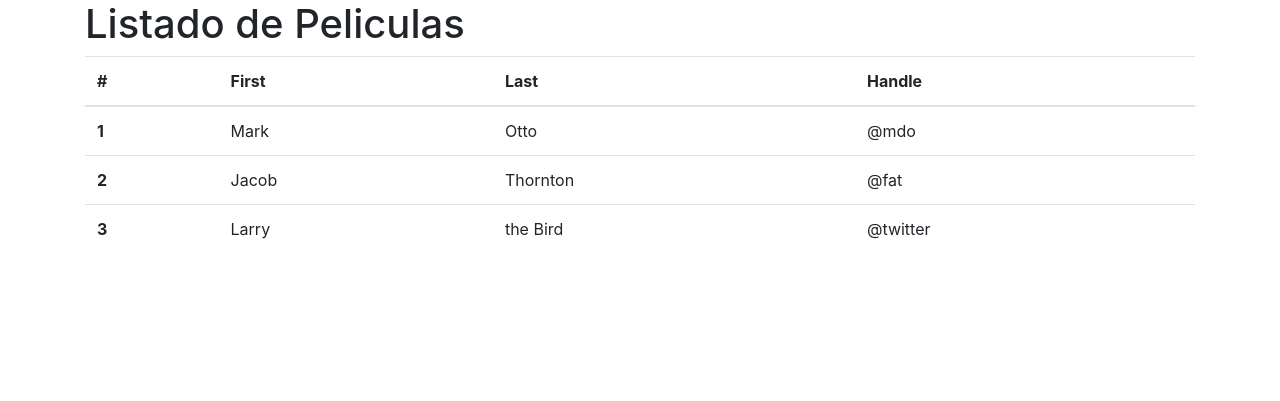
Repository: Adrianzzziny/DAWI_CL2_EscobarAdrian
Page: http://localhost/listado
An editor plug-in stored every save of this project. The page is shown before and after the next save, followed by the edit.
The browser window is 1280 px wide. The pictures show the whole page.
Some web libraries are served in a nearby version. The page is this project's Thymeleaf template; nobody is signed in. The template is opened directly, without the code that normally fills it, so the values that code supplies are empty.

Above is the page before, as saved 2022-05-26 07:40:57.

After the next save:
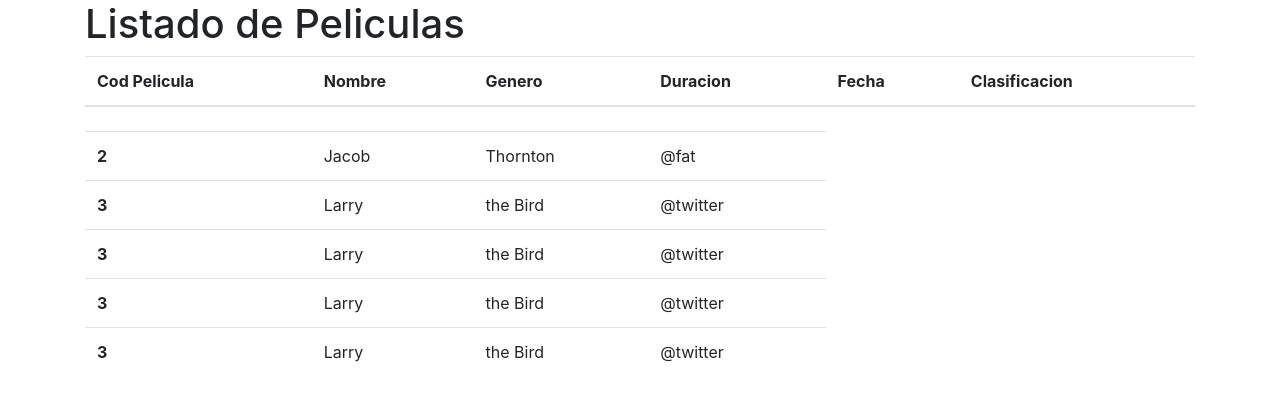
Saved 3 min 43 s later.
--- a/DAWI_CL2_EscobarRodriguezAdrian/src/main/resources/templates/listado.html
+++ b/DAWI_CL2_EscobarRodriguezAdrian/src/main/resources/templates/listado.html
@@ -3,50 +3,73 @@
 <head>
 <meta charset="UTF-8">
 <title>Peliculas | Listado</title>
-<link rel="stylesheet" href="https://cdn.jsdelivr.net/npm/bootstrap@4.0.0/dist/css/bootstrap.min.css">
+<link rel="stylesheet"
+	href="https://cdn.jsdelivr.net/npm/bootstrap@4.0.0/dist/css/bootstrap.min.css">
 
 </head>
 <body>
 	<div class="container">
 
-	<h1>Listado de Peliculas</h1>
+		<h1>Listado de Peliculas</h1>
 
-	<table class="table">
-  <thead>
-    <tr>
-      <th scope="col">#</th>
-      <th scope="col">First</th>
-      <th scope="col">Last</th>
-      <th scope="col">Handle</th>
-    </tr>
-  </thead>
-  <tbody>
-    <tr>
-      <th scope="row">1</th>
-      <td>Mark</td>
-      <td>Otto</td>
-      <td>@mdo</td>
-    </tr>
-    <tr>
-      <th scope="row">2</th>
-      <td>Jacob</td>
-      <td>Thornton</td>
-      <td>@fat</td>
-    </tr>
-    <tr>
-      <th scope="row">3</th>
-      <td>Larry</td>
-      <td>the Bird</td>
-      <td>@twitter</td>
-    </tr>
-  </tbody>
-</table>
+		<table class="table">
+			<thead>
+				<tr>
+					<th scope="col">Cod Pelicula</th>
+					<th scope="col">Nombre</th>
+					<th scope="col">Genero</th>
+					<th scope="col">Duracion</th>
+					<th scope="col">Fecha</th>
+					<th scope="col">Clasificacion</th>
+				</tr>
+			</thead>
+			<tbody>
+				<tr>
+					<th scope="row"></th>
+					<td></td>
+					<td></td>
+					<td></td>
+				</tr>
+				<tr>
+					<th scope="row">2</th>
+					<td>Jacob</td>
+					<td>Thornton</td>
+					<td>@fat</td>
+				</tr>
+				<tr>
+					<th scope="row">3</th>
+					<td>Larry</td>
+					<td>the Bird</td>
+					<td>@twitter</td>
+				</tr>
+				<tr>
+					<th scope="row">3</th>
+					<td>Larry</td>
+					<td>the Bird</td>
+					<td>@twitter</td>
+				</tr>
+				<tr>
+					<th scope="row">3</th>
+					<td>Larry</td>
+					<td>the Bird</td>
+					<td>@twitter</td>
+				</tr>
+				<tr>
+					<th scope="row">3</th>
+					<td>Larry</td>
+					<td>the Bird</td>
+					<td>@twitter</td>
+				</tr>
+			</tbody>
+		</table>
 
 
 
 	</div>
 </body>
 <script src="https://code.jquery.com/jquery-3.2.1.slim.min.js"></script>
-<script src="https://cdn.jsdelivr.net/npm/popper.js@1.12.9/dist/umd/popper.min.js"></script>
-<script src="https://cdn.jsdelivr.net/npm/bootstrap@4.0.0/dist/js/bootstrap.min.js"></script>
+<script
+	src="https://cdn.jsdelivr.net/npm/popper.js@1.12.9/dist/umd/popper.min.js"></script>
+<script
+	src="https://cdn.jsdelivr.net/npm/bootstrap@4.0.0/dist/js/bootstrap.min.js"></script>
 </html>
